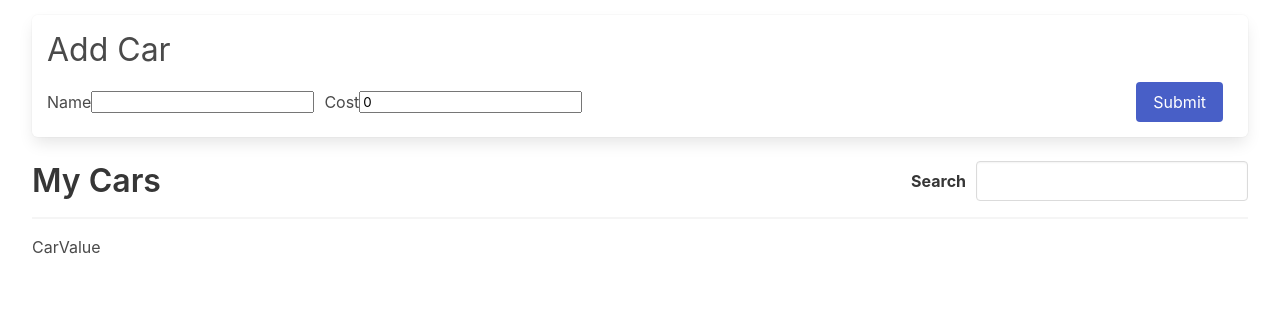
Repository: Mikerr21/Redux-Toolkit-Managing-Multiple-Slices
Page: /
An editor plug-in stored every save of this project. The page is shown before and after the next save, followed by the edit.
The browser window is 1280 px wide. The pictures show the whole page.
The project was rebuilt for these pictures with package versions that can differ from the ones it lists, and the page was loaded fresh each time.

Above is the page before, as saved 2023-10-06 20:21:01.

### src/index.js
import 'bulma/css/bulma.css';
import './styles.css'
import React from 'react';
import {createRoot} from 'react-dom/client'
import {Provider} from 'react-redux';
import {store} from './store/index';
import App from './App'

const el=document.getElementById('root')
const root = createRoot(el);

root.render(
<Provider store={store}>
  <App />
</Provider>
)

### src/store/index.js
import { configureStore } from "@reduxjs/toolkit";
import { carReducer, addCar,removeCar,changeSearchTerm } from "./slices/carSlice";
import { formReducer, changeCost, changeName  } from "./slices/formSlice";
import { configure } from "@testing-library/react";

const store=configureStore({
    reducer:{
        cars:carReducer,
        form:formReducer
    }
});

export  {store, addCar, removeCar, changeSearchTerm, changeCost,changeName};

### src/App.js
import CarForm from './components/carForm'
import CarList from './components/carList'
import CarSearch from './components/carSearch'
import CarValue from './components/carValue'



function App() {
  return (
    <div className='container is-fluid'>
      <CarForm/>
      <CarSearch/>
      <CarList/>
      <CarValue/>
    </div>
  )
}

export default App

### src/store/slices/carSlice.js
import { createSlice,nanoid } from "@reduxjs/toolkit";

const carSlice=createSlice({
    name:'cars',
    initialState:{
        searchTerm:'',
        cars:[]
    },
    reducers:{
        changeSearchTerm(state,action){
            state.searchTerm=action.payload;
        },
        addCar(state,action){
            state.cars.push({
                name:action.payload.name,
                cost:action.payload.cost,
                id:nanoid()
            })

        },
        removeCar(state,action){
            const updated=state.cars.filter((car)=>{return car.id !== action.payload})
            state.cars=updated;
        }

    }
})

export const {changeSearchTerm, addCar, removeCar }=carSlice.actions;
export const carReducer=carSlice.reducer;

### src/store/slices/formSlice.js
import { createSlice } from "@reduxjs/toolkit";
import {addCar} from './carSlice'

const formSlice=createSlice({
    name:'form',
    initialState:{
        name:'',
        cost:0,
    },
    reducers:{
        changeName(state,action){
            state.name=action.payload;
        },
        changeCost(state,action){
            state.cost=action.payload;
        }
    },
    extraReducers(builder){
        builder.addCase(addCar, (state,action)=>{               // EXTRA REDUCER TO LISTEN TO OTHER PARTS OF MINI COMBINED REDUCERS -> THIS ONE LISTENS TO addCar reducer
             state.name='';
             state.cost=0;
        })
    }
})

export const {changeName,changeCost }=formSlice.actions;
export const formReducer=formSlice.reducer;

### src/components/carForm.js
import { useDispatch,useSelector } from "react-redux" // useSelector to get access to state
import { changeName,changeCost,addCar } from "../store"

function CarForm() {
    const dispatch=useDispatch();

    const {name,cost}=useSelector((state)=>{
        return {
            name:state.form.name,
            cost:state.form.cost
        }
    })

    const handleNameChange=(event)=>{
        dispatch(changeName(event.target.value));
    }

    const handleCostChange=(event)=>{
        const carCost= parseInt(event.target.value) || 0;
        dispatch(changeCost(carCost));
    }

    const handleSubmit=(event)=>{
        event.preventDefault();
        dispatch(addCar({name,cost}))
        dispatch(changeCost(0));
        dispatch(changeName(''));
    }

  return (
    <div className="car-form panel">
        <h4 className="subtitle is-3">Add Car</h4>
        <form onSubmit={handleSubmit}>
            <div className="field-group">
                <div className="field">
                  <label>Name</label>
                  <input  value={name} onChange={handleNameChange} />
                </div>
                <div className="field">
                  <label>Cost</label>
                  <input  value={cost || 0} onChange={handleCostChange} type="number" />
                </div>
            </div>
            <div className="field">
                <button className="button is-link">Submit</button>
            </div>
        </form>

    </div>
  )
}

export default CarForm

### src/components/carList.js
import { useSelector,useDispatch } from "react-redux"
import { removeCar } from "../store";

function CarList() {

    const dispatch=useDispatch();

    const cars=useSelector(( {cars: {cars, searchTerm} })=> {
        return cars.filter((car) => car.name.toLowerCase().includes(searchTerm.toLowerCase())
        );
    });

    const handleCarDelete=(car)=>{
        dispatch(removeCar(car.id));
    }

    const renderedCars=cars.map((car)=>{
        return(
            <div key={car.id} className="panel">
                <p>
                    {car.name} - ${car.cost}
                </p>
                <button
                className="button is-danger"
                onClick={()=>handleCarDelete(car)}
                >
                 Delete
                </button>

            </div>
        )
    })

    console.log(cars);
  return <div className="car-list">
    {renderedCars}
    <hr />
  </div>

}

export default CarList;

### src/components/carSearch.js
import { useDispatch,useSelector } from "react-redux"
import { changeSearchTerm } from "../store"

function CarSearch() {
  const dispatch=useDispatch();
  const searchTerm=useSelector((state,action)=>{
    return state.cars.searchTerm;
  })

  const handleSearchTermChange=(event)=>{
   dispatch(changeSearchTerm(event.target.value));
  }

  return (
    <div className='list-header'>
        <h3 className='title is-3'>My Cars</h3>
        <div className='search field is-horizontal'>
            <label className='label'>Search</label>
            <input
            className='input'
            value={searchTerm}
            onChange={handleSearchTermChange}
            />
        </div>

    </div>
  )
}

export default CarSearch

### src/components/carValue.js
import React from 'react'

function CarValue() {
  return (
    <div>
      CarValue
    </div>
  )
}

export default CarValue

Loaded but not shown: public/index.html (common file); src/styles.css (common file)

After the next save:
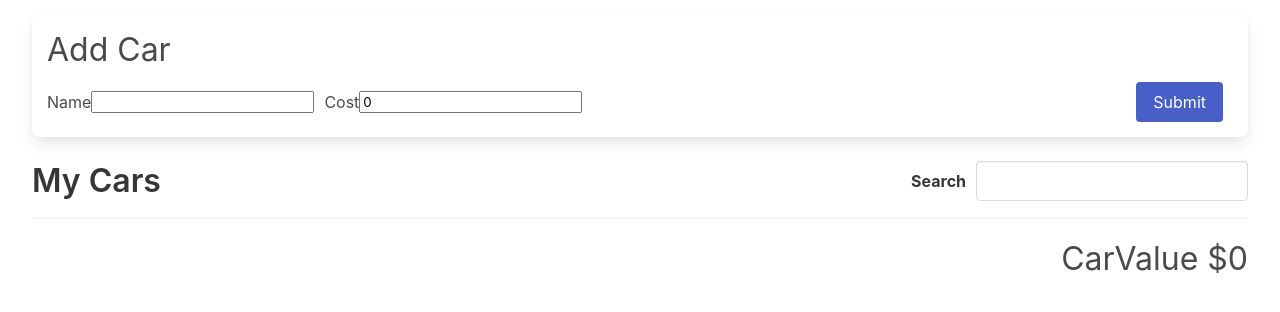
Saved 6 min 38 s later.
--- a/src/components/carValue.js
+++ b/src/components/carValue.js
@@ -1,9 +1,21 @@
-import React from 'react'
+import { useSelector } from "react-redux"
 
 function CarValue() {
+  const totalCost=useSelector(({cars: {cars,searchTerm}})=>{
+    const filteredCars=cars.filter((car)=>{
+      return car.name.toLowerCase().includes(searchTerm.toLowerCase());
+    })
+    let cost=0;
+    for (let car of filteredCars){
+      cost+=car.cost;
+    }
+    return cost;
+  });
+
   return (
-    <div>
-      CarValue
+    <div className='car-value'>
+
+      CarValue ${totalCost}
     </div>
   )
 }
